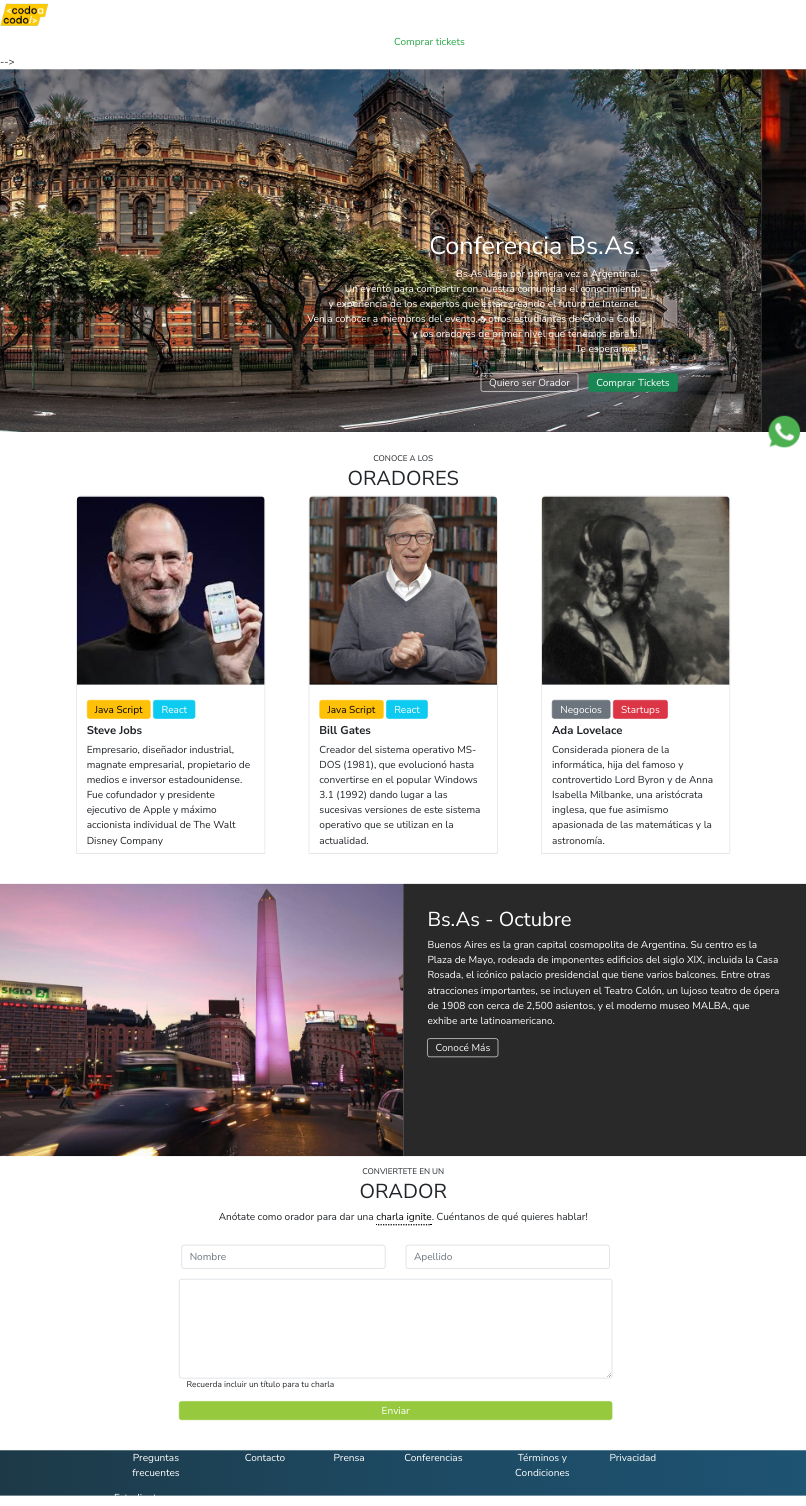
Repository: Melire/trabajo-final-BS
Page: index.html
These files come from the project's save history. The page is drawn as it stood at one moment and after the next save; the edit follows.
The browser window is 1280 px wide. The pictures show the whole page, at 63% of full size.

Above is the page before, as saved 2023-05-11 18:04:51.

After the next save:
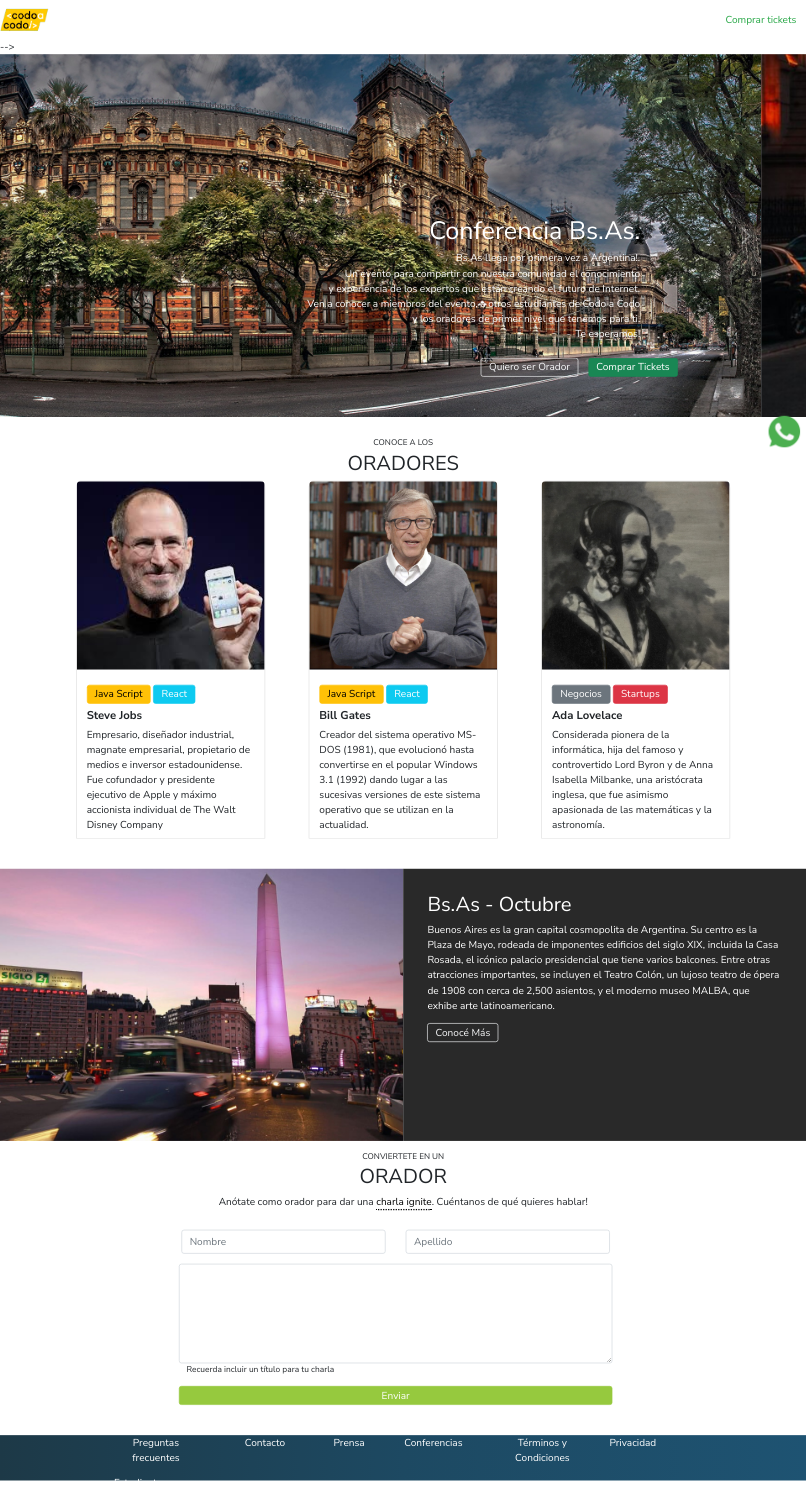
Saved 4 s later.
--- a/index.html
+++ b/index.html
@@ -15,7 +15,7 @@
 
 <body>
     <header class="header">
-        <nav class+"navbar navbar">
+        <nav class="navbar navbar">
         <!--<div class="headerNav">
             <div class="contenedorLogo">
                 <a href="https://www.buenosaires.gob.ar/educacion/codo-codo" target="_blank">
